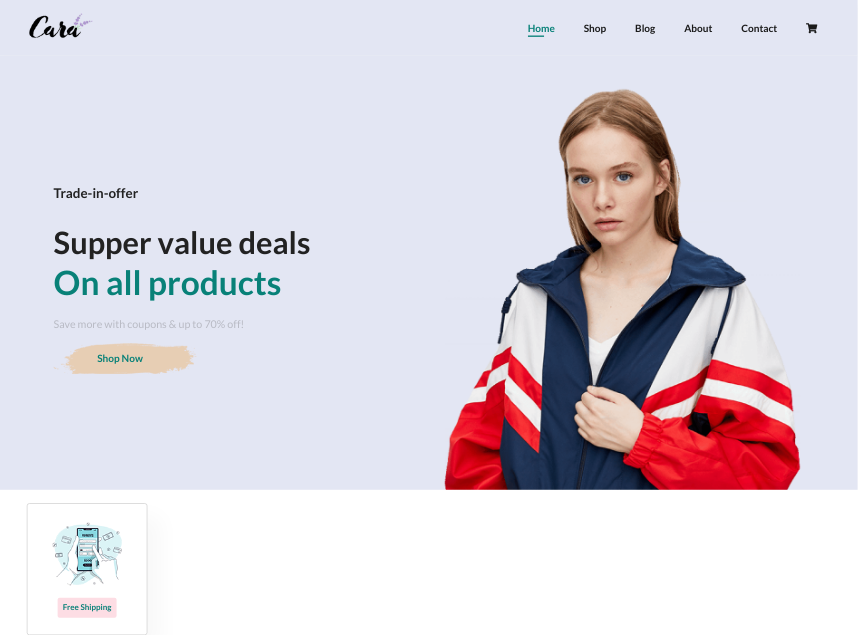
Repository: Nguyenductuan-dev/Website-Clothes
Page: index.html
An editor plug-in stored every save of this project. The page is shown before and after the next save, followed by the edit.
The browser window is 1280 px wide. The pictures show the whole page, at 67% of full size.

Above is the page before, as saved 2022-04-26 00:08:35.

After the next save:
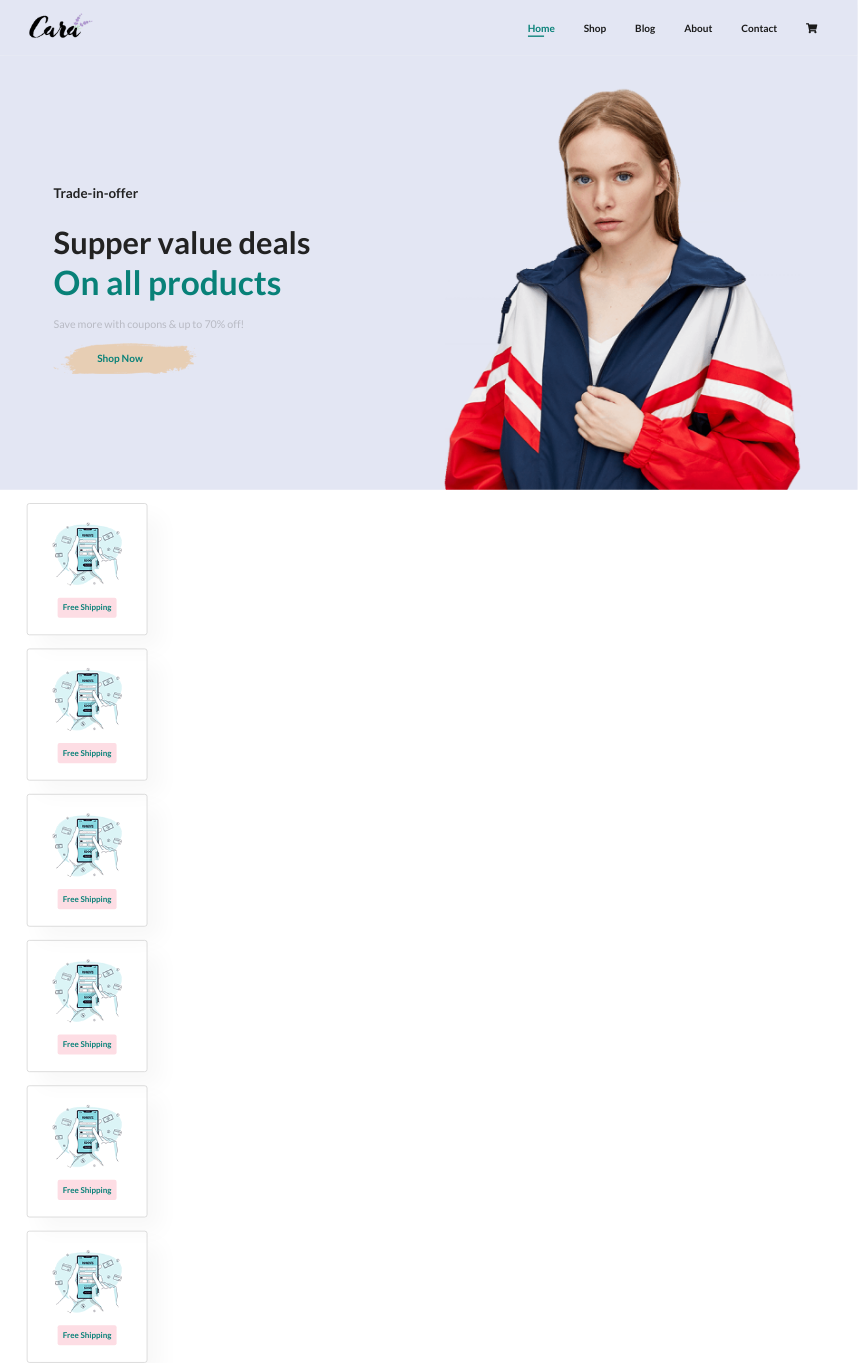
Saved 72 s later.
--- a/index.html
+++ b/index.html
@@ -64,6 +64,26 @@
             <img src="assets/images/features/f1.png" alt="" class="feature__img">
             <h6 class="feature__title">Free Shipping</h6>
         </div>
+        <div class="feature__box">
+            <img src="assets/images/features/f1.png" alt="" class="feature__img">
+            <h6 class="feature__title">Free Shipping</h6>
+        </div>
+        <div class="feature__box">
+            <img src="assets/images/features/f1.png" alt="" class="feature__img">
+            <h6 class="feature__title">Free Shipping</h6>
+        </div>
+        <div class="feature__box">
+            <img src="assets/images/features/f1.png" alt="" class="feature__img">
+            <h6 class="feature__title">Free Shipping</h6>
+        </div>
+        <div class="feature__box">
+            <img src="assets/images/features/f1.png" alt="" class="feature__img">
+            <h6 class="feature__title">Free Shipping</h6>
+        </div>
+        <div class="feature__box">
+            <img src="assets/images/features/f1.png" alt="" class="feature__img">
+            <h6 class="feature__title">Free Shipping</h6>
+        </div>
     </section>
 
     <!-- <script src="assets/js/main.js"></script> -->
